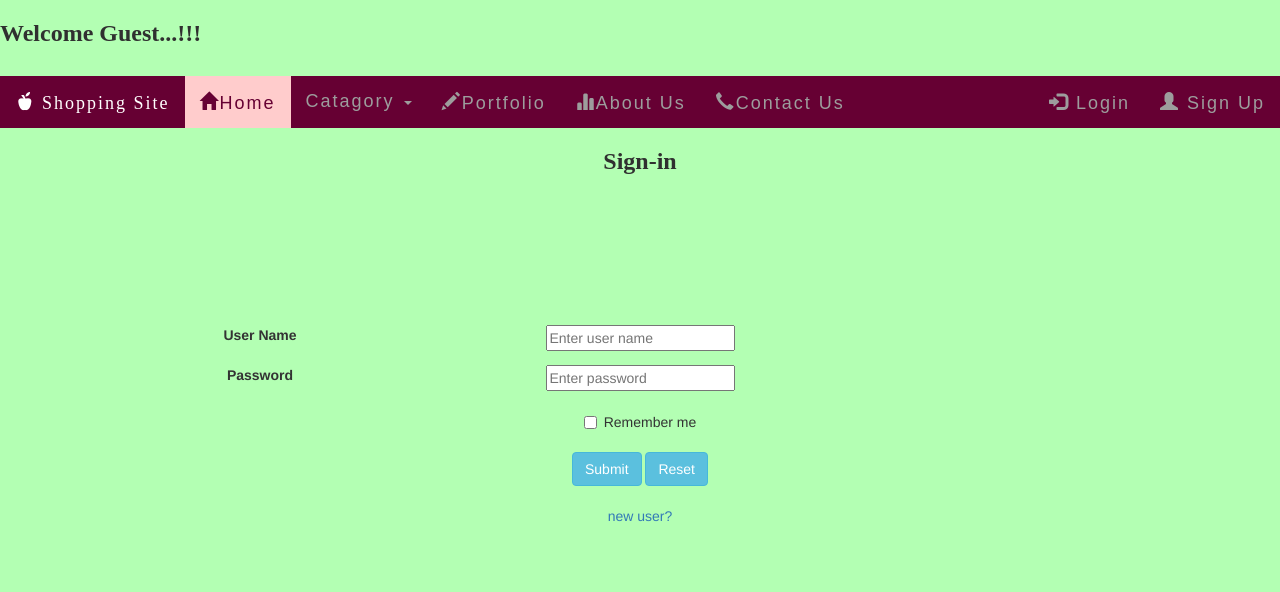
Repository: priyasuthakar/priya
Page: http://localhost/Apple/WEB-INF/views/login.jsp
An editor plug-in stored every save of this project. The page is shown before and after the next save, followed by the edit.
The browser window is 1280 px wide. The pictures show the whole page.
The page is served by Tomcat 9. Nobody is signed in. The template is opened directly, without the code that normally fills it, so the values that code supplies are empty.

Above is the page before, as saved 2016-08-19 09:14:50.

After the next save:
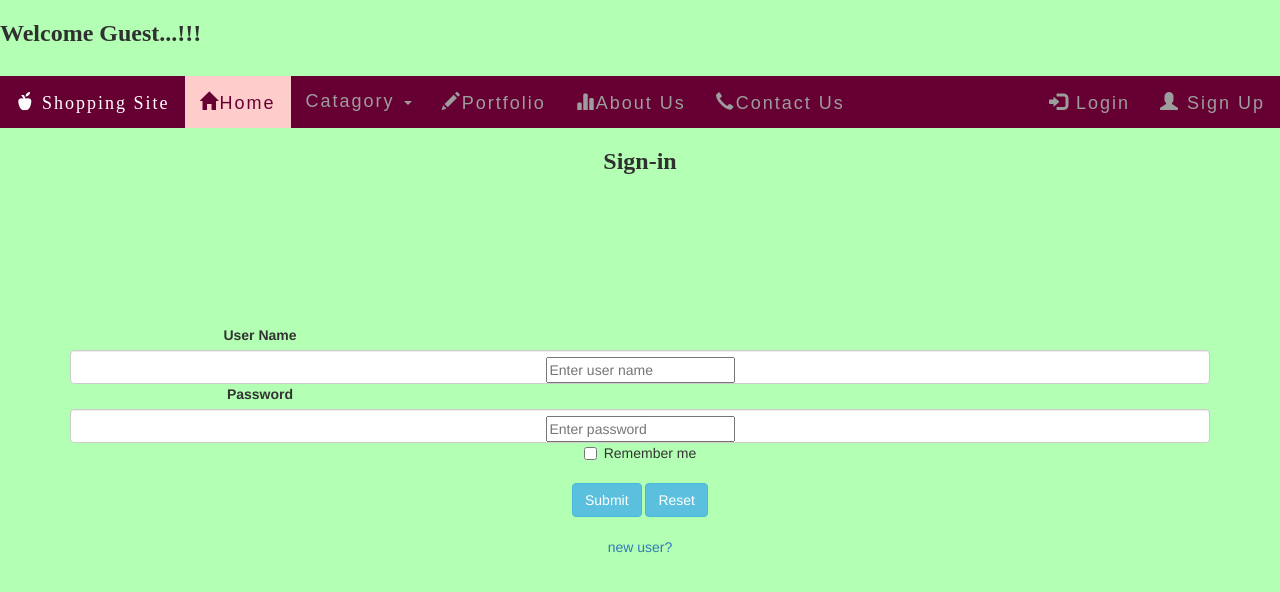
Saved 7 min 47 s later.
--- a/Apple/src/main/webapp/WEB-INF/views/login.jsp
+++ b/Apple/src/main/webapp/WEB-INF/views/login.jsp
@@ -82,7 +82,7 @@
 				<center>
 					<div class="control-group">
 						<label class="col-lg-4">User Name</label>
-						<div class="col-lg-4 controls">
+						<div class="col-lg-4 form-control">
 							<input type="text" id="username" placeholder="Enter user name"
 								required="true" title="should not be empty" />
 						</div>
@@ -90,7 +90,7 @@
 					</br> </br>
 					<div class="control-group">
 						<label class="col-lg-4" >Password</label>
-						<div class="col-lg-4 controls">
+						<div class="col-lg-4 form-control">
 							<input type="password" id="password" placeholder="Enter password"
 								required="true" title="should not be empty" />
 						</div>

After the save that followed:
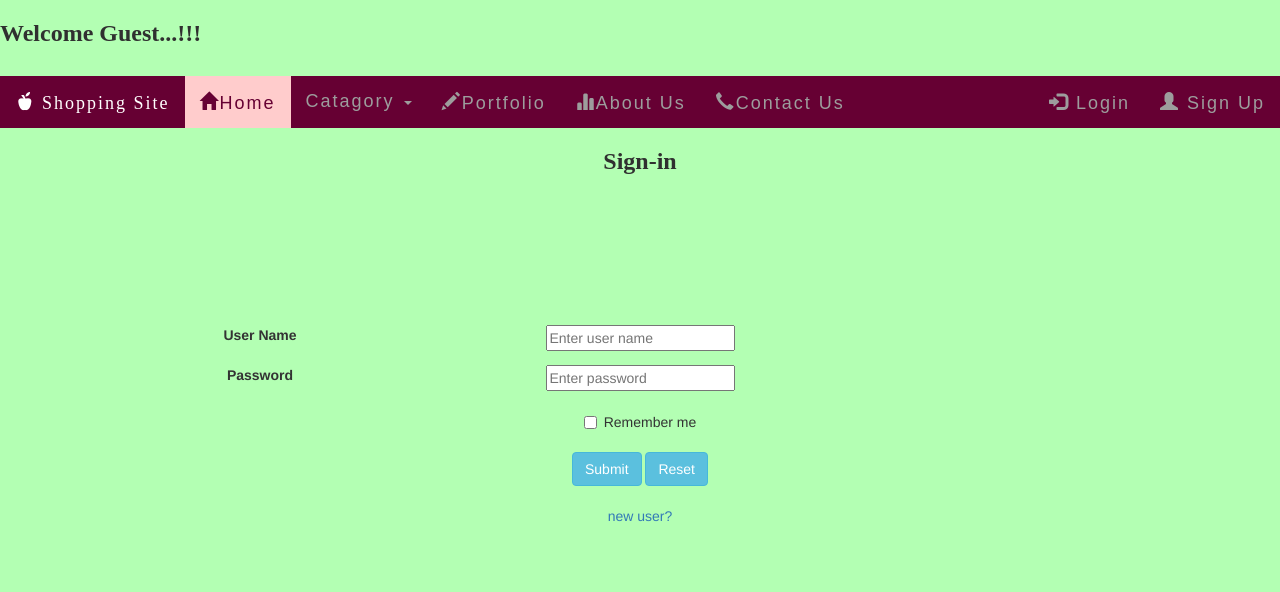
Saved 2 min 25 s later.
--- a/Apple/src/main/webapp/WEB-INF/views/login.jsp
+++ b/Apple/src/main/webapp/WEB-INF/views/login.jsp
@@ -82,7 +82,7 @@
 				<center>
 					<div class="control-group">
 						<label class="col-lg-4">User Name</label>
-						<div class="col-lg-4 form-control">
+						<div class="col-lg-4 controls">
 							<input type="text" id="username" placeholder="Enter user name"
 								required="true" title="should not be empty" />
 						</div>
@@ -90,8 +90,8 @@
 					</br> </br>
 					<div class="control-group">
 						<label class="col-lg-4" >Password</label>
-						<div class="col-lg-4 form-control">
-							<input type="password" id="password" placeholder="Enter password"
+						<div class="col-lg-4 controls">
+							<input type="pwd" id="password" placeholder="Enter password"
 								required="true" title="should not be empty" />
 						</div>
 					</div>
